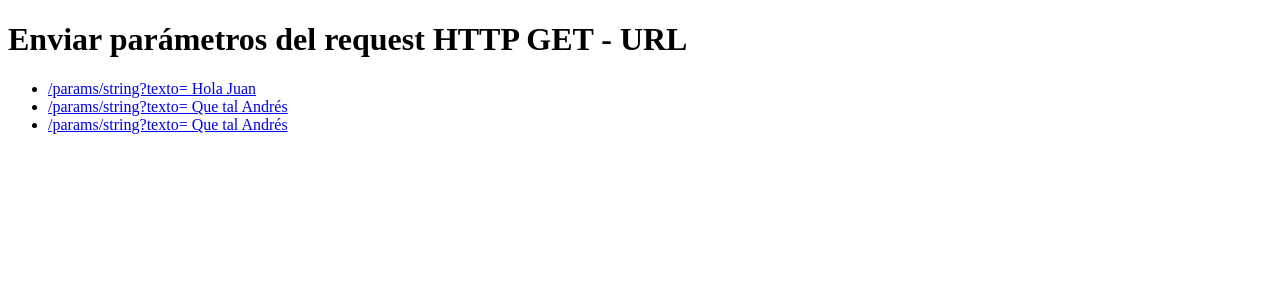
Repository: JuanfranciscoMo/-Spring-Boot-Spring-Framework
Page: http://localhost/params/index
These files come from the project's save history. The page is drawn as it stood at one moment and after the next save; the edit follows.
The browser window is 1280 px wide. The pictures show the whole page.
The page is this project's Thymeleaf template; nobody is signed in. The template is opened directly, without the code that normally fills it, so the values that code supplies are empty.

Above is the page before, as saved 2026-06-11 02:37:41.

### spring-boot-web/src/main/resources/templates/params/index.html
<!DOCTYPE html>
<html xmlns:th="http>//www.thymeleaf.org">

</html>

<head>
	<meta charset="UTF-8" />
	<title>Enviar parámetros del request HTTP GET - URL</title>
</head>

<body>
	<h1>Enviar parámetros del request HTTP GET - URL</h1>
	<ul>
		<li><a th:href="@{/params/string(texto='Hola Juan')}">/params/string?texto= Hola Juan</a></li>
		<li><a th:href="@{/params/string(texto='Que tal Andrés!')}">/params/string?texto= Que tal Andrés</a></li>
		<li><a th:href="@{/params/mix-params(saludo='¿Cómo estas Juan?', numero=7)}">/params/string?texto= Que tal Andrés</a></li>
	</ul>
</body>

</html>

After the next save:
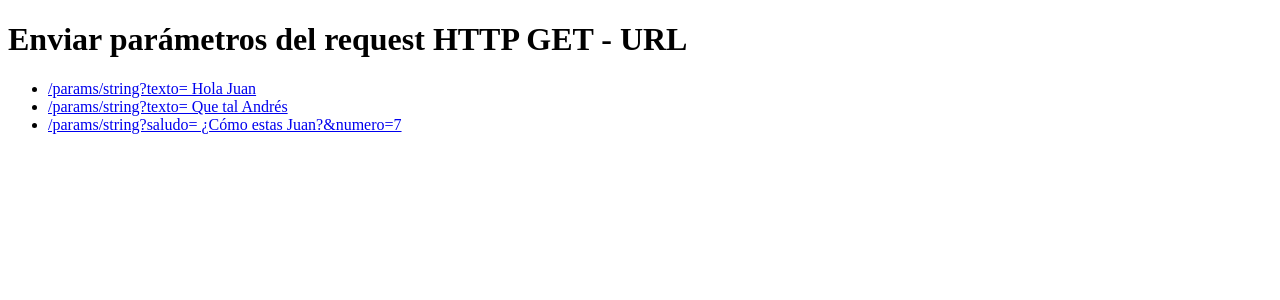
Saved 85 s later.
--- a/spring-boot-web/src/main/resources/templates/params/index.html
+++ b/spring-boot-web/src/main/resources/templates/params/index.html
@@ -13,7 +13,7 @@
 	<ul>
 		<li><a th:href="@{/params/string(texto='Hola Juan')}">/params/string?texto= Hola Juan</a></li>
 		<li><a th:href="@{/params/string(texto='Que tal Andrés!')}">/params/string?texto= Que tal Andrés</a></li>
-		<li><a th:href="@{/params/mix-params(saludo='¿Cómo estas Juan?', numero=7)}">/params/string?texto= Que tal Andrés</a></li>
+		<li><a th:href="@{/params/mix-params(saludo='¿Cómo estas Juan?', numero=7)}">/params/string?saludo= ¿Cómo estas Juan?&numero=7</a></li>
 	</ul>
 </body>
 
